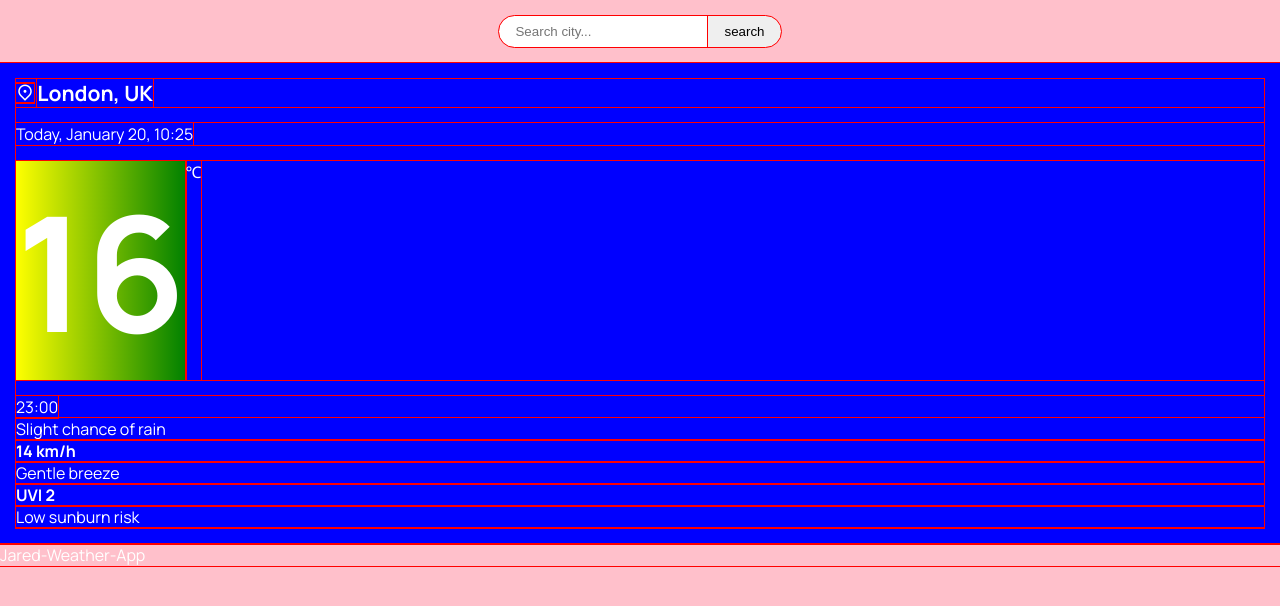
Repository: EguJaredoBoyd/Jared-Weather-App
Page: main.html
An editor plug-in stored every save of this project. The page is shown before and after the next save, followed by the edit.
The browser window is 1280 px wide. The pictures show the whole page.
Some web libraries are served in a nearby version.

Above is the page before, as saved 2026-01-22 01:19:34.

### main.html
<!doctype html>
<html lang="en">
  <head>
    <meta charset="UTF-8" />
    <meta name="viewport" content="width=device-width, initial-scale=1.0" />
    <link rel="preconnect" href="https://fonts.googleapis.com" />
    <link rel="preconnect" href="https://fonts.gstatic.com" crossorigin />
    <link
      href="https://fonts.googleapis.com/css2?family=Manrope:wght@200..800&display=swap"
      rel="stylesheet"
    />
    <head>
      <link
        href="https://cdn.jsdelivr.net/npm/remixicon@4.8.0/fonts/remixicon.css"
        rel="stylesheet"
      />
    </head>
    <link rel="stylesheet" href="./css/styles.css" />
    <title>Jared-Weather-App</title>
  </head>
  <body class="weather-app">
    <div class="weather-app__container">
      <header>
        <div class="search-place">
          <input
            type="text"
            placeholder="Search city..."
            aria-label="Search city"
          />
          <button>search</button>
        </div>
      </header>
      <main>
        <section class="current-weather">
          <div class="place-searched">
            <i class="ri-map-pin-2-line"></i>
            <h3 class="city-name">London, UK</h3>
          </div>
          <div class="date-today">
            <time datetime="2026-01-20T10:25">Today, January 20, 10:25</time>
          </div>
          <div class="place-temperature">
            <span class="place-temperature__measure"
              ><h3><span>16</span></h3></span
            >
            <span class="place-temperature__degree">℃</span>
          </div>
          <div class="place-forecast">
            <article class="forecast-item forecast-item--weather">
              <time datetime="23:00">23:00</time>
              <p>Slight chance of rain</p>
            </article>

            <article class="forecast-item forecast-item--wind">
              <h4>14 km/h</h4>
              <p>Gentle breeze</p>
            </article>

            <article class="forecast-item forecast-item--uv">
              <h4>UVI 2</h4>
              <p>Low sunburn risk</p>
            </article>
          </div>
        </section>
        <section class="swipe-section">
          <!-- Hourly and daily forecast will slide in here! -->
        </section>
      </main>
      <footer>
        <div><p>Jared-Weather-App</p></div>
      </footer>
    </div>
  </body>
</html>

### css/styles.css
/* ==== CSS RESET ==== */
*,
*::before,
*::after {
  margin: 0;
  padding: 0;
  box-sizing: border-box;
  outline: 1px solid red;
}

:root {
  --background-color: #03045e;
  --text-color: white;
}

html {
  font-size: 16px;
}

body {
  font-family: "Manrope", sans-serif;
  background-color: var(--background-color);
  color: var(--text-color);
}

.weather-app__container {
  display: flex;
  flex-direction: column;
  background-color: pink;
  height: 100vh;
}

.search-place {
  display: flex;
  justify-content: center;
  padding: 1rem;
}

.search-place input {
  padding: 0.5rem 1rem;
  border: none;
  border-bottom-left-radius: 1rem;
  border-top-left-radius: 1rem;
}

.search-place button {
  border: none;
  border-top-right-radius: 1rem;
  border-bottom-right-radius: 1rem;
  padding: 0.5rem 1rem;
}

main {
  background-color: blue;
  display: flex;
  flex-direction: column;
  padding: 1rem;
}

.current-weather {
  display: flex;
  flex-direction: column;
  row-gap: 1rem;
}

.place-searched {
  display: flex;
  align-items: center;
  column-gap: 0.2rem;
  font-size: large;
}

.place-temperature {
  display: flex;
}

.place-temperature__measure {
}

.place-temperature__measure h3 span {
  font-size: 10rem;
  background: linear-gradient(to right, yellow, green);
}

After the next save:
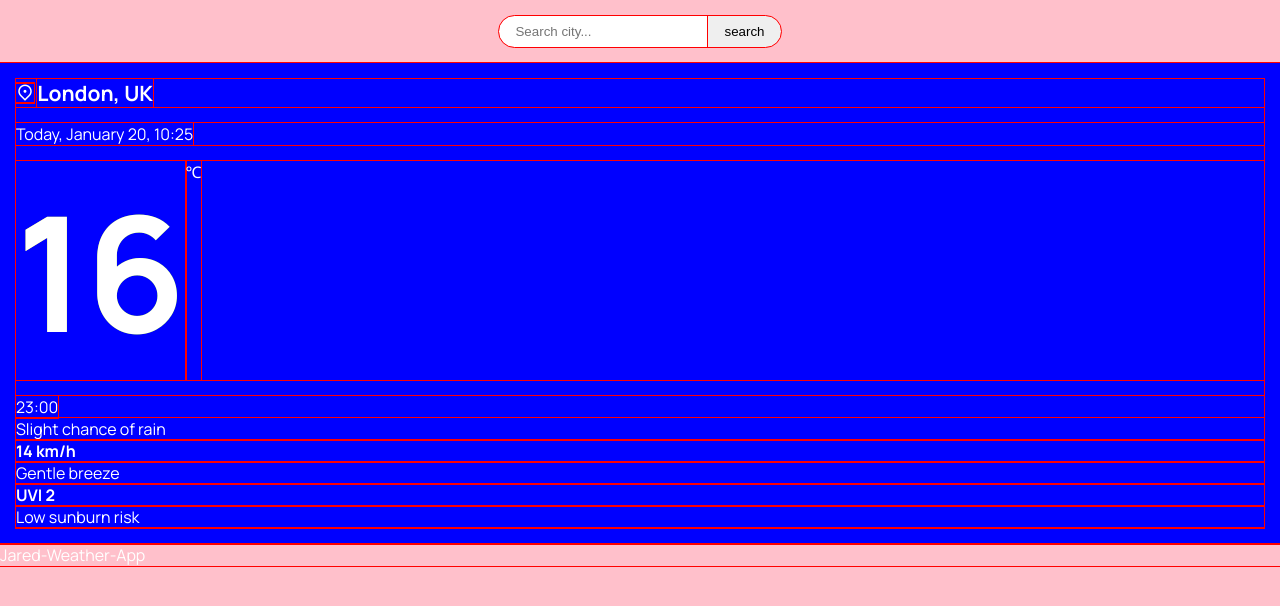
Saved 97 s later.
--- a/css/styles.css
+++ b/css/styles.css
@@ -80,4 +80,5 @@ main {
 .place-temperature__measure h3 span {
   font-size: 10rem;
   background: linear-gradient(to right, yellow, green);
+  -webkit-background-clip: text;
 }
